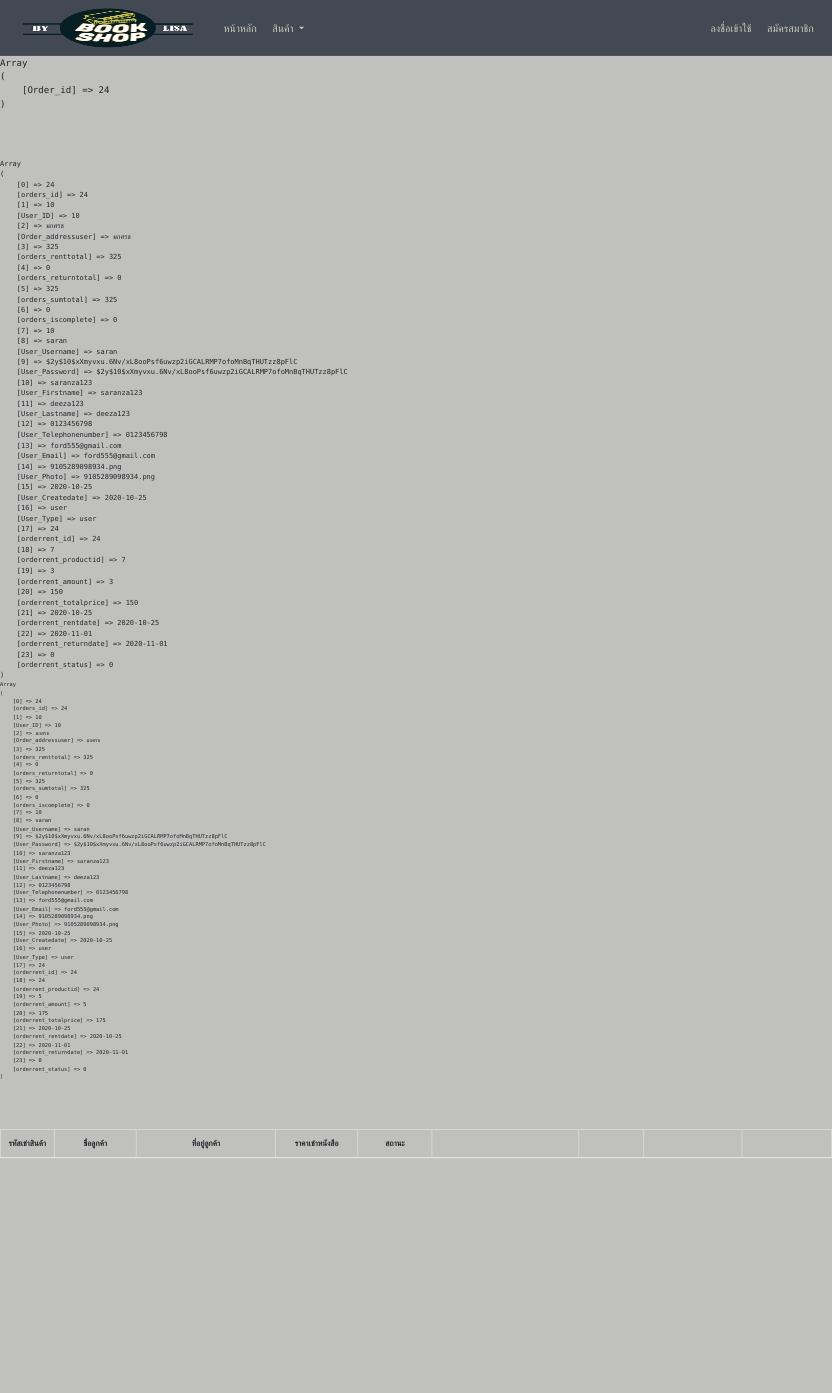
Repository: peawza/shopbook
Page: http://localhost/returnproduct.php?Order_id=24
The author's editor kept a copy of each file at every save. The page is drawn from the files as they stood at one save, then again after the next save.
The browser window is 1280 px wide. The pictures show the whole page, at 65% of full size.
The page is run by PHP 8.4 with error messages shown; the project is at /var/www/html/. Other server files are loaded and not shown. The database holds what the project's SQL file puts in it.

Above is the page before, as saved 2020-10-01 09:57:05.

### returnproduct.php
<!DOCTYPE html>
<html lang="en">

<head>
    <meta charset="UTF-8">
    <meta name="viewport" content="width=device-width, initial-scale=1.0">
    <title>Document</title>
    <?php
    require_once('php/condbbook.php');
    include('include\importcss.php');
    include('include\navber.php');
    echo '<pre>';
    //print_r($_SESSION);
    //$_SESSION['ses_php_var'] = $_GET['sendVal'];
    //$_SESSION['ses_php_var'] = $_POST['sendVal'];
    //$_SESSION['Typeid'] = $_POST['Typeid'];
    //print_r($_POST);
    print_r($_GET);
    echo '<pre>';

    ?>
</head>

<body>
    <table class="table table-bordered table-responsive-sm">
        <thead>
            <tr>
                <th width="5%" class="text-center">รหัสเช่าสินค้า</th>
                <th width="10%" class="text-center">ชื่อลูกค้า</th>
                <th width="17%" class="text-center">ที่อยู่ลูกค้า</th>
                <th width="10%" class="text-center">ราคาเช่าหนังสือ</th>
                <th width="9%" class="text-center">สถานะ</th>
                <th width="18%" class="text-center"></th>
                <th width="8%" class="text-center"></th>
                <th width="12%" class="text-center"></th>
                <th width="12%" class="text-center"></th>

            </tr>
        </thead>
        <tbody>
            <?php
            if (isset($_GET['Order_id'])) {
                $orderid = $_GET['Order_id'];
                $selectproduct = "SELECT * FROM `orders`,`user`,`orderrent` WHERE `user`.`User_ID`=`orders`.`User_ID`AND`orders`.`orders_id`= `orderrent`.`orderrent_id`AND `orderrent`.`orderrent_id`= '" . $orderid . "'";
                $resulproduct = mysqli_query($conn, $selectproduct);
                while ($rowproduct = mysqli_fetch_array($resulproduct)) {
                    echo '<pre>';
                    print_r($rowproduct);

                    echo '<pre>';
                }
            } else {


                echo 'null';
            }


            ?>
        </tbody>
        </thead>
    </table>










</body>
<?php
include('include\importjavascript.php');
?>

</html>

### php/condbbook.php
<?php
session_start();
$conn = new mysqli('localhost', 'root', '1234', 'shopbook');
$conn->set_charset("utf8");
//$conn->query('set name utf8');
//echo $conn->connect_error;
if ($conn->connect_errno) {
    die("conmection Failed" . $conn->connect_error);
} /*else {
    die("OK Database");
}*/

//$conndata = new mysqli('localhost', 'root', '1234', 'shop');

### include/importcss.php
<link rel="stylesheet" href="node_modules/bootstrap/dist/css/bootstrap.min.css"> <!-- link เลือก css-->
<link rel="stylesheet" href="node_modules/font-awesome5/css/fontawesome-all.css">
<link rel="stylesheet" href="include/CSS/styles.css?v=<?php echo filemtime('include/CSS/styles.css'); ?>"
    type=" text/css">

<script src="https://www.google.com/recaptcha/api.js"></script>

<script src="https://ajax.googleapis.com/ajax/libs/jquery/2.2.0/jquery.min.js"></script>

<script src="https://maxcdn.bootstrapcdn.com/bootstrap/3.3.6/js/bootstrap.min.js"></script>

### include/importjavascript.php
<script src="node_modules/jquery/dist/jquery.min.js"></script> <!-- sc เลือก src -->
<script src="node_modules/popper.js/dist/umd/popper.min.js"></script>
<script src="node_modules/bootstrap/dist/js/bootstrap.min.js"></script>
<script src="node_modules/jquery-validation/dist/jquery.validate.min.js"></script>
<script src="include/JS/script.js?v=<?php echo filemtime('include/JS/script.js') ?>"></script>

### include/CSS/styles.css
body {
  background-color: #c0c0be;
}
.navberbody {
  background-color: #00ffff;
}
.imglist {
  height: 500px;
  width: 100%;
  max-width: 100%;
}
.cardproductindex {
  height: 250px;
  width: 250px;
}
.cardproduct {
  height: 550px;
}
.mrrcardproduct {
  margin-bottom: auto;
}

.img-profile {
  height: 200px;
  width: 200px;
  margin: auto;
  display: block;
  margin-top: -100px;
}

.textprofile {
  text-align: left;
}
.iconphoto {
  width: 30px;
  height: 30px;
}
.logo {
  width: 300px;
  height: 60px;
}

.photocard {
  width: 300px;
  height: 400px;
}

.img-product {
  width: 780px;
  height: 380px;
}

.imgproductupdate {
  width: 800px;
  height: 700px;
}

/*  ซูมเข้าออก*/
.content-item {
  position: relative;
}

.content-item .photozoom a {
  overflow: hidden;
  display: block;
}

.content-item .photozoom img {
  transition: 500ms;
}

.content-item:hover .photozoom img {
  transform: scale(1.2);
}

.photoproductzoom {
  width: 447px;
  height: 270px;
}
.textproduct {
  font-size: 100%;
}
.cardphotoproduct {
  -webkit-box-shadow: 17px 20px 20px -12px rgba(0, 0, 0, 0.24);
  -moz-box-shadow: 17px 20px 20px -12px rgba(0, 0, 0, 0.24);
  box-shadow: 17px 20px 20px -12px rgba(0, 0, 0, 0.24);
}
.btn-navber {
  border-color: rgb(255, 255, 255);
}

.fa-bars {
  color: #000;
}
.navbar {
  background-color: #424952;
}
.navbar .navbar-brand {
  color: #cccebd;
}
.navbar .navbar-brand:hover,
.navbar .navbar-brand:focus {
  color: #535e6e;
}
.navbar .navbar-text {
  color: #cccebd;
}
.navbar .navbar-text a {
  color: #535e6e;
}
.navbar .navbar-text a:hover,
.navbar .navbar-text a:focus {
  color: #535e6e;
}
.navbar .navbar-nav .nav-link {
  color: #cccebd;
  border-radius: 0.25rem;
  margin: 0 0.25em;
}
.navbar .navbar-nav .nav-link:not(.disabled):hover,
.navbar .navbar-nav .nav-link:not(.disabled):focus {
  color: #535e6e;
}
.navbar .navbar-nav .dropdown-menu {
  background-color: #424952;
  border-color: #d8d292;
}
.navbar .navbar-nav .dropdown-menu .dropdown-item {
  color: #cccebd;
}
.navbar .navbar-nav .dropdown-menu .dropdown-item:hover,
.navbar .navbar-nav .dropdown-menu .dropdown-item:focus,
.navbar .navbar-nav .dropdown-menu .dropdown-item.active {
  color: #535e6e;
  background-color: #d8d292;
}
.navbar .navbar-nav .dropdown-menu .dropdown-divider {
  border-top-color: #d8d292;
}
.navbar .navbar-nav .nav-item.active .nav-link,
.navbar .navbar-nav .nav-item.active .nav-link:hover,
.navbar .navbar-nav .nav-item.active .nav-link:focus,
.navbar .navbar-nav .nav-item.show .nav-link,
.navbar .navbar-nav .nav-item.show .nav-link:hover,
.navbar .navbar-nav .nav-item.show .nav-link:focus {
  color: #535e6e;
  background-color: #d8d292;
}
.navbar .navbar-toggle {
  border-color: #d8d292;
}
.navbar .navbar-toggle:hover,
.navbar .navbar-toggle:focus {
  background-color: #d8d292;
}
.navbar .navbar-toggle .navbar-toggler-icon {
  color: #cccebd;
}
.navbar .navbar-collapse,
.navbar .navbar-form {
  border-color: #cccebd;
}
.navbar .navbar-link {
  color: #cccebd;
}
.navbar .navbar-link:hover {
  color: #535e6e;
}

@media (max-width: 575px) {
  .navbar-expand-sm .navbar-nav .show .dropdown-menu .dropdown-item {
    color: #cccebd;
  }
  .navbar-expand-sm .navbar-nav .show .dropdown-menu .dropdown-item:hover,
  .navbar-expand-sm .navbar-nav .show .dropdown-menu .dropdown-item:focus {
    color: #535e6e;
  }
  .navbar-expand-sm .navbar-nav .show .dropdown-menu .dropdown-item.active {
    color: #535e6e;
    background-color: #d8d292;
  }
}

@media (max-width: 767px) {
  .navbar-expand-md .navbar-nav .show .dropdown-menu .dropdown-item {
    color: #cccebd;
  }
  .navbar-expand-md .navbar-nav .show .dropdown-menu .dropdown-item:hover,
  .navbar-expand-md .navbar-nav .show .dropdown-menu .dropdown-item:focus {
    color: #535e6e;
  }
  .navbar-expand-md .navbar-nav .show .dropdown-menu .dropdown-item.active {
    color: #535e6e;
    background-color: #d8d292;
  }
}

@media (max-width: 991px) {
  .navbar-expand-lg .navbar-nav .show .dropdown-menu .dropdown-item {
    color: #cccebd;
  }
  .navbar-expand-lg .navbar-nav .show .dropdown-menu .dropdown-item:hover,
  .navbar-expand-lg .navbar-nav .show .dropdown-menu .dropdown-item:focus {
    color: #535e6e;
  }
  .navbar-expand-lg .navbar-nav .show .dropdown-menu .dropdown-item.active {
    color: #535e6e;
    background-color: #d8d292;
  }
}

@media (max-width: 1199px) {
  .navbar-expand-xl .navbar-nav .show .dropdown-menu .dropdown-item {
    color: #cccebd;
  }
  .navbar-expand-xl .navbar-nav .show .dropdown-menu .dropdown-item:hover,
  .navbar-expand-xl .navbar-nav .show .dropdown-menu .dropdown-item:focus {
    color: #535e6e;
  }
  .navbar-expand-xl .navbar-nav .show .dropdown-menu .dropdown-item.active {
    color: #535e6e;
    background-color: #d8d292;
  }
}

.navbar-expand .navbar-nav .show .dropdown-menu .dropdown-item {
  color: #cccebd;
}
.navbar-expand .navbar-nav .show .dropdown-menu .dropdown-item:hover,
.navbar-expand .navbar-nav .show .dropdown-menu .dropdown-item:focus {
  color: #535e6e;
}
.navbar-expand .navbar-nav .show .dropdown-menu .dropdown-item.active {
  color: #535e6e;
  background-color: #d8d292;
}
.card {
  font-size: 0.9rem;
  line-height: 1.1;
}

.blog .carousel-indicators {
  left: 0;
  top: auto;
  bottom: -40px;
}

/* The colour of the indicators */

### DB/shopbook.sql (the tables this page reads)
CREATE TABLE `orderrent` (
  `orderrent_id` int(11) NOT NULL,
  `orderrent_productid` int(11) NOT NULL,
  `orderrent_amount` int(11) NOT NULL,
  `orderrent_totalprice` int(11) NOT NULL,
  `orderrent_rentdate` date NOT NULL,
  `orderrent_returndate` date NOT NULL,
  `orderrent_status` int(11) NOT NULL
) ENGINE=InnoDB DEFAULT CHARSET=utf8mb4 COLLATE=utf8mb4_bin;

INSERT INTO `orderrent` (`orderrent_id`, `orderrent_productid`, `orderrent_amount`, `orderrent_totalprice`, `orderrent_rentdate`, `orderrent_returndate`, `orderrent_status`) VALUES
(21, 12, 1, 50, '2020-10-23', '2020-10-30', 1),
(21, 13, 1, 50, '2020-10-23', '2020-10-30', 1),
(21, 15, 1, 45, '2020-10-23', '2020-10-30', 1),
(21, 20, 1, 100, '2020-10-23', '2020-10-30', 1),
(22, 4, 3, 300, '2020-10-23', '2020-10-30', 1),
(23, 13, 1, 50, '2020-10-23', '2020-10-30', 1),
(24, 7, 3, 150, '2020-10-25', '2020-11-01', 0),
(24, 24, 5, 175, '2020-10-25', '2020-11-01', 0),
(25, 8, 10, 500, '2020-10-25', '2020-11-01', 1),
(26, 8, 10, 500, '2020-10-25', '2020-11-01', 1),
(27, 15, 40, 1800, '2020-10-25', '2020-11-01', 1),
(28, 4, 10, 1000, '2020-10-25', '2020-11-01', 1),
(29, 12, 1, 50, '2020-10-25', '2020-11-01', 1),
(29, 23, 10, 300, '2020-10-25', '2020-11-01', 1),
(30, 7, 1, 50, '2020-10-25', '2020-11-01', 1),
(30, 24, 1, 35, '2020-10-25', '2020-11-01', 1),
(31, 12, 1, 50, '2020-10-25', '2020-11-01', 1),
(31, 24, 1, 35, '2020-10-25', '2020-11-01', 1),
(31, 42, 1, 70, '2020-10-25', '2020-11-01', 1),
(32, 23, 1, 30, '2020-10-25', '2020-11-01', 1),
(33, 36, 10, 1000, '2020-10-25', '2020-11-01', 1),
(34, 51, 1, 200, '2020-10-25', '2020-11-04', 1),
(35, 51, 60, 12000, '2020-10-25', '2020-11-04', 1),
(36, 47, 70, 2100, '2020-10-25', '2020-11-01', 0),
(37, 25, 50, 2000, '2020-10-25', '2020-11-01', 0),
(38, 3, 1, 100, '2020-10-27', '2020-11-03', 1),
(39, 16, 1, 75, '2020-10-27', '2020-11-03', 1),
(40, 52, 10, 1000, '2020-10-27', '2020-11-03', 0),
(41, 51, 1, 200, '2020-10-27', '2020-11-06', 0);

ALTER TABLE `orderrent`
  ADD PRIMARY KEY (`orderrent_id`,`orderrent_productid`) USING BTREE,
  ADD KEY `orderrent_productid` (`orderrent_productid`);

ALTER TABLE `orderrent`
  ADD CONSTRAINT `orderrent_ibfk_2` FOREIGN KEY (`orderrent_productid`) REFERENCES `product` (`Product_ID`),
  ADD CONSTRAINT `orderrent_ibfk_3` FOREIGN KEY (`orderrent_id`) REFERENCES `orders` (`orders_id`) ON DELETE CASCADE;

CREATE TABLE `orders` (
  `orders_id` int(11) NOT NULL,
  `User_ID` int(11) NOT NULL,
  `Order_addressuser` text COLLATE utf8mb4_bin NOT NULL,
  `orders_renttotal` float NOT NULL DEFAULT 0,
  `orders_returntotal` float NOT NULL DEFAULT 0,
  `orders_sumtotal` float NOT NULL,
  `orders_iscomplete` int(11) NOT NULL
) ENGINE=InnoDB DEFAULT CHARSET=utf8mb4 COLLATE=utf8mb4_bin;

INSERT INTO `orders` (`orders_id`, `User_ID`, `Order_addressuser`, `orders_renttotal`, `orders_returntotal`, `orders_sumtotal`, `orders_iscomplete`) VALUES
(21, 9, 'ชลบุรี', 245, 0, 245, 2),
(22, 9, '', 300, 0, 300, 2),
(23, 9, '123', 50, 0, 50, 2),
(24, 10, 'มกศรช', 325, 0, 325, 0),
(25, 9, 'sdafffsdfdsafdsagdasgaasdfdsag', 500, 0, 500, 2),
(26, 9, 'หฟกหฟกหฟกหฟกกหฟ', 500, 0, 500, 2),
(27, 9, 'adsdsa', 1800, 1500, 3300, 2),
(28, 9, 'asdasdsa', 1000, 1000, 2000, 2),
(29, 11, 'มกศรช', 350, 0, 350, 2),
(30, 11, 'มกศรช ผฟกหกห', 85, 170, 255, 2),
(31, 11, 'ชลบุรี', 155, 0, 155, 2),
(32, 11, '123132', 30, 0, 30, 2),
(33, 11, '123', 1000, 0, 1000, 2),
(34, 11, '123123\r\n', 200, 0, 200, 2),
(35, 11, '1111\r\n\r\n', 12000, 0, 12000, 2),
(36, 11, 'ชลบุรี', 2100, 0, 2100, 0),
(37, 11, 'ชลบุรี', 2000, 0, 2000, 0),
(38, 9, 'ชลบุรี', 100, 0, 100, 2),
(39, 9, 'มก', 75, 150, 225, 2),
(40, 9, 'มก', 1000, 0, 1000, 0),
(41, 12, 'asd', 200, 0, 200, 0);

ALTER TABLE `orders`
  ADD PRIMARY KEY (`orders_id`),
  ADD KEY `User_ID` (`User_ID`);

ALTER TABLE `orders`
  ADD CONSTRAINT `orders_ibfk_1` FOREIGN KEY (`User_ID`) REFERENCES `user` (`User_ID`);

CREATE TABLE `product` (
  `Product_ID` int(11) NOT NULL,
  `Type_ID` int(11) NOT NULL,
  `Product_Name` text COLLATE utf8mb4_bin NOT NULL,
  `Product_Details` text COLLATE utf8mb4_bin NOT NULL,
  `Product_Price` float NOT NULL,
  `product_buy` int(11) DEFAULT NULL,
  `Product_Balance` int(11) NOT NULL,
  `Product_rentday` int(11) NOT NULL,
  `Product_Photo` text COLLATE utf8mb4_bin NOT NULL,
  `Product_datesave` date NOT NULL
) ENGINE=InnoDB DEFAULT CHARSET=utf8mb4 COLLATE=utf8mb4_bin;

INSERT INTO `product` (`Product_ID`, `Type_ID`, `Product_Name`, `Product_Details`, `Product_Price`, `product_buy`, `Product_Balance`, `Product_rentday`, `Product_Photo`, `Product_datesave`) VALUES
(3, 11, 'บุเพสันนิวาส', 'เกศสุรางค์ หญิงสาวร่างอ้วนจำต้องทะลุมิติไปในรัชกาลสมเด็จพระนารายณ์มหาราช ในร่างของแม่หญิงการะเกดผู้แสนร้ายกาจ และได้พบกับผู้คนมากมายทั้ง หมื่นสุนทรเทวา ผู้เป็นคู่หมั้นคู่หมายของการะเกด ออกญาโหราธิบดี ราชครูของพระนารายณ์ แม่มะลิ บุตรสาวของแขกฟานิกลูกครึ่งญี่ปุ่น โปรตุเกส และผู้คนอีกมากมาย', 100, 200, 10, 7, '9102909146241.jpg', '2020-10-23'),
(4, 11, 'ปริศนามหาเวทย์', 'ปริศนามหาเวทย์', 100, 200, 5, 7, '9102908113900.gif', '2020-10-20'),
(5, 11, 'Sea Witch', 'Sea Witch', 100, 200, 10, 7, '9102908766196.jpg', '2020-10-20'),
(7, 10, 'Onepiece', 'เป็นเรื่องราวในยุคทองของโจรสลัด โจรสลัดทุกคนมีเป้าหมายเดียวกันคือเพื่อค้นหา สมบัติที่เรียกว่า \"วันพีช\" ซึ่งผู้ใดสามารถค้นหาและครอบครองวันพีชอยู่ ผู้นั้นก็คือเจ้าแห่งโจรสลัด(ราชาโจรสลัด) โดยผู้ที่เคยครอบครองวันพีชนั้นมีอยู่คนเดียวตามที่เปิดเผยคือ เจ้าแห่งโจรสลัด โกลด์ ดี โรเจอร์ ซึ่งหลังจากที่ ได้ครอบครองวันพีซแล้ว โกลด์ ดี โรเจอร์ก็ได้มอบตัว และยอมรับโทษการประหารชีวิตที่เกาะโร๊คบ้านเกิดของตนนั่นเอง และก่อนตายโกลด์ ดี โรเจอร์ ได้ทิ้งคำพูดก่อนตายที่เปลี่ยนยุคสมัยของโจรสลัดว่า \"สมบัติของฉันหรอ อยากได้ก็เอาไปซิ ไปหาเอาเลย ฉันเอาทุกอย่างบนโลกไปไว้ที่นั่นหมดแล้ว\" แล้วเหล่า โจรสลัดทั้งหลายจึงมุ่งหน้าสู้แกรนด์ไลน์เพื่อตามหาวันพีซ', 50, 100, 6, 7, '9102907166680.jpg', '2020-10-23'),
(8, 10, 'Naruto', 'นารูโตะเป็นกำพร้าและไม่มีพี่น้อง เติบโตขึ้นโดยไม่รู้ว่าตนเองมีจิ้งจอกเก้าหางอยู่ภาย ในร่างกาย หลังจากสำเร็จการศึกษาเป็นนินจาชั้น เกะนิน (นินจาระดับล่าง) และปฏิบัติหน้าที่ภายใต้การควบคุมของ ฮาตาเกะ คาคาชิ ซึ่งเป็น โจนิน (นินจาระดับสูง) ฉายา ก๊อบปี้นินจา โดยมีสมาชิกร่วมทีมอีกสองคน คือ อุจิวะ ซาสึเกะ และ ฮารุโนะ ซากุระ', 50, 100, 10, 7, '9102907412301.jpg', '2020-10-23'),
(12, 10, 'Fairytail', 'นัตสึ ดรากูนีล\"ดราก้อนสเลเยอร์ไฟ ได้ออกเดินทางเพื่อตามหาอิกนิลหรือมังกรที่เปรียบเสมือนพ่อของนัตสึ ไปกับแมวบินได้และพูดได้ ชื่อ แฮปปี้ โดยระหว่างทางได้พบกับ\"ลูซี่ ฮาร์ทฟิเลีย\"สาวน้อยผู้อัญเชิญเทพแห่งดวงดาวและได้ตกลงเป็นเพื่อนกันเพราะลูซี่นั้นอยากเข้ากิลด์แฟรี่เทล', 50, 100, 10, 7, '9102906035329.png', '2020-10-23'),
(13, 13, 'Time', 'นิตยสาร TIME', 50, 150, 4, 7, '9104350156863.jpg', '2020-10-23'),
(14, 12, '51 คำถาามเพิ่มความรู้เรื่องอาชีพ', 'รวมประเด็นน่าสนใจเกี่ยวกับอาชีพ', 100, 150, 10, 7, '9104350802507.jpg', '2020-10-23'),
(15, 10, 'Doraemon', 'หุ่นยนเเมวที่ส่งมาช่วย โนบิตะ เพื่อให้อนาคตของเขาเปลื่ยนไป', 45, 75, 29, 7, '9104351707679.png', '2020-10-23'),
(16, 10, '3ก๊ก', 'ตำนานของวีรบุรุษที่จะรวมเเผ่นดินทั้ง3เป็น1', 75, 150, 19, 7, '9104352222267.jpg', '2020-10-23'),
(17, 12, '30 สิ่งมหัศจรรย์ของโลกที่น่ารู้', 'สิ่งมหัศจรรย์ของโลก', 50, 100, 5, 7, '9104352622959.jpg', '2020-10-23'),
(18, 12, 'เกร็ดความรู้เเละภาษาอาเซียน', 'ความรู้เเละภาษาอาเซียน', 80, 150, 9, 7, '9104353026534.jpg', '2020-10-23'),
(19, 13, 'BAZAAR', 'BAZAAR', 50, 190, 10, 7, '9104353499954.jpg', '2020-10-23'),
(20, 12, 'วิทยาศาสตร์ฉลาดรู้เรื่องสมอง', 'วิทยาศาสตรที่เกี่ยวความรู้เรื่องสมอง', 100, 170, 20, 7, '9104353867647.gif', '2020-10-23'),
(21, 11, 'The butterfly tree', 'The butterfly tree', 170, 300, 5, 7, '9104354170879.jpg', '2020-10-23'),
(22, 13, 'CAMPUS', 'CAMPUS', 60, 165, 10, 7, '9104354376857.jpg', '2020-10-23'),
(23, 10, 'ชินจังจอมเเก่น', 'เรื่องราวชินจังที่ต้องทำให้คุณต้องหัวเราะ', 30, 85, 50, 7, '9104354830108.gif', '2020-10-23'),
(24, 10, 'โคนัน', 'นักสืบหนุ่มที่ถูกชายชุดดำจับตัวให้ไปกินยา พอตื่นขึ้นมากลับกายเป็นเด็กอีกครั้ง', 35, 70, 44, 7, '9104355382500.jpg', '2020-10-23'),
(25, 10, 'Dragonball', 'ซุนโกคู ในวัยเด็ก ก็ได้รู้เกี่ยวกับ ดราก้อนบอล จาก บลูม่า ซึ่งกำลังตามหาอยู่ แถมโกคูเองก็มี ดราก้อนบอล4ดาว ซึ่งเป็นของต่างหน้าคุณปู่ ซุนโกฮัง อีกด้วย ก็เลยตัดสินใจไปตามหาดราก้อนบอลด้วยกัน ต่อมาก็ได้ อูลอน มาเป็นพวกช่วยหาด้วย แต่ในระหว่างนั้น ก็มี ยามุชา และ ปูอัล กับ ปิลาฟและพรรคพวก คอยตามหาดราก้อนบอลด้วย', 40, 75, 0, 7, '9104355839451.jpg', '2020-10-23'),
(26, 11, 'ECHOES FROM THE PAST', 'Echoes from the past', 190, 300, 10, 7, '9104356230225.jpg', '2020-10-23'),
(27, 13, 'ELLE', 'ELLE', 30, 90, 10, 6, '9104356389396.webp', '2020-10-23'),
(28, 13, 'FIGARO JAPAN', 'FIGARO JAPAN', 60, 150, 3, 4, '9104356627109.jpg', '2020-10-23'),
(29, 12, 'คว้าเกรด A ง่ายกว่าที่คิด', 'คว้าเกรด A ง่ายกว่าที่คิด', 55, 130, 7, 6, '9104356893659.png', '2020-10-23'),
(30, 11, 'Harry Potter', 'Harry Potter', 160, 300, 30, 7, '9104357146935.jpg', '2020-10-23'),
(31, 13, 'L OFFICIEL', 'L OFFICIEL', 30, 70, 10, 7, '9104357596692.jpg', '2020-10-23'),
(32, 12, 'สนุกกับการค้นหาความรู้ข้างในแผนที่โลก', 'สนุกกับการค้นหาความรู้ข้างในแผนที่โลก', 60, 150, 10, 7, '9104357883099.jpg', '2020-10-23'),
(33, 10, 'My Hero Academia', 'ว่าด้วยเรื่องราวในอนาคต เมื่อพลังพิเศษได้ถูกทยอยค้นพบทั่วทุกมุมโลก จนกลายเป็นเรื่องปกติของคนเจนเนอเรชั่นใหม่ ที่ล้วนเป็นผู้มี “อัตลักษณ์” (พลังพิเศษเฉพาะตัว) สังคมยอดมนุษย์จึงได้เริ่มขึ้น ขณะเดียวกันความวุ่นวายจากผู้ใช้พลังพิเศษในทางที่ผิด ก็ยกระดับความรุนแรง ประเทศจึงได้ร่างกฏหมายต่อต้านความรุนแรง โดยให้เหล่าผู้กล้าคอยปราบปรามเหล่าวายร้าย ', 40, 75, 40, 7, '9104359185860.jpg', '2020-10-23'),
(34, 13, 'OK MAGAZINE', 'OK MAGAZINE', 30, 90, 10, 7, '9104359398955.jpg', '2020-10-23'),
(35, 10, 'Pinocchio', 'Pinocchio', 100, 200, 5, 7, '9104359601161.jpg', '2020-10-23'),
(36, 11, 'บ้านทรายทอง', 'บ้านทรายทอง', 100, 250, 10, 7, '9104359808705.jpg', '2020-10-23'),
(37, 12, 'เอาชีวิครอดบนเกาะร้าง', 'เอาชีวิครอดบนเกาะร้าง', 80, 135, 5, 7, '9104360075753.webp', '2020-10-23'),
(38, 13, 'VOGUE', 'VOGUE', 30, 75, 10, 7, '9104360487722.jpg', '2020-10-23'),
(39, 11, 'Twilight', 'Twilight', 240, 300, 20, 7, '9104361247095.jpg', '2020-10-23'),
(40, 11, 'The darkness of light', 'The darkness of light', 150, 250, 6, 7, '9104361459702.jpg', '2020-10-23'),
(41, 12, 'เพศศึกษาที่เราอยากรู้', 'เพศศึกษาที่เราอยากรู้', 60, 150, 10, 7, '9104361760502.jpg', '2020-10-23'),
(42, 10, 'Sailormoon', 'Sailormoon', 70, 125, 50, 7, '9104361988958.png', '2020-10-23'),
(43, 11, 'RISEN', 'RISEN', 150, 350, 10, 7, '9104362289392.jpg', '2020-10-23'),
(44, 11, 'REALM OF RUINS', 'REALM OF RUINS', 180, 300, 4, 7, '9104362809007.jpg', '2020-10-23'),
(45, 10, 'สโนว์ไวท์', 'สโนว์ไวท์', 100, 200, 7, 5, '9104367662917.jpg', '2020-10-23'),
(46, 10, 'อลิซ ท่องเเดนมหัศจรรย์', 'อลิซ ท่องเเดนมหัศจรรย์', 40, 150, 5, 7, '9104367935394.jpg', '2020-10-23'),
(47, 10, 'Bleach', 'Bleach', 30, 75, 0, 7, '9104368159565.jpg', '2020-10-23'),
(48, 10, 'Lion King', 'Lion King', 70, 150, 2, 3, '9104368352654.jpg', '2020-10-23'),
(49, 12, 'รัชการที่ 9', 'ประวัติศาสตร์ของในหลวงรัชกาลที่ 9', 50, 150, 10, 7, '9104368788022.jpg', '2020-10-23'),
(51, 13, 'qweqwe', 'ssadzxc', 200, 500, 69, 10, '9105550929723.png', '2020-10-26'),
(52, 15, 'เลข', 'หนังสือเลข', 100, 200, 40, 7, '9106337351482.jpg', '2020-10-27');

ALTER TABLE `product`
  ADD PRIMARY KEY (`Product_ID`),
  ADD KEY `Type_ID` (`Type_ID`);

ALTER TABLE `product`
  MODIFY `Product_ID` int(11) NOT NULL AUTO_INCREMENT, AUTO_INCREMENT=53;

ALTER TABLE `product`
  ADD CONSTRAINT `product_ibfk_1` FOREIGN KEY (`Type_ID`) REFERENCES `producttype` (`Type_ID`);

CREATE TABLE `producttype` (
  `Type_ID` int(11) NOT NULL,
  `Type_Name` text COLLATE utf8mb4_bin NOT NULL
) ENGINE=InnoDB DEFAULT CHARSET=utf8mb4 COLLATE=utf8mb4_bin;

INSERT INTO `producttype` (`Type_ID`, `Type_Name`) VALUES
(10, 'หนังสือการ์ตูน'),
(11, 'หนังสือนิยาย'),
(12, 'หนังสือให้ความรู้'),
(13, 'นิตยสาร'),
(14, 'หนังสืออ้างอิง'),
(15, 'หนังสือเรียน');

ALTER TABLE `producttype`
  ADD PRIMARY KEY (`Type_ID`);

ALTER TABLE `producttype`
  MODIFY `Type_ID` int(11) NOT NULL AUTO_INCREMENT, AUTO_INCREMENT=16;

CREATE TABLE `user` (
  `User_ID` int(11) NOT NULL,
  `User_Username` varchar(30) COLLATE utf8mb4_bin NOT NULL,
  `User_Password` varchar(255) COLLATE utf8mb4_bin NOT NULL,
  `User_Firstname` varchar(60) COLLATE utf8mb4_bin NOT NULL,
  `User_Lastname` varchar(60) COLLATE utf8mb4_bin NOT NULL,
  `User_Telephonenumber` varchar(20) COLLATE utf8mb4_bin NOT NULL,
  `User_Email` varchar(100) COLLATE utf8mb4_bin NOT NULL,
  `User_Photo` text COLLATE utf8mb4_bin NOT NULL,
  `User_Createdate` date NOT NULL,
  `User_Type` text COLLATE utf8mb4_bin NOT NULL
) ENGINE=InnoDB DEFAULT CHARSET=utf8mb4 COLLATE=utf8mb4_bin;

INSERT INTO `user` (`User_ID`, `User_Username`, `User_Password`, `User_Firstname`, `User_Lastname`, `User_Telephonenumber`, `User_Email`, `User_Photo`, `User_Createdate`, `User_Type`) VALUES
(4, 'admin', '$2y$10$SY4xbwIYnzlGXMpgdZHyf.LPEcYFIsZqluIzuCwKXBq3M3BeEG5Ay', 'saran', 'Deesubin', '0000000001', 'saran.de@ku.th', '9102901537951.png', '2020-09-26', 'admin'),
(9, 'ford', '$2y$10$PMdn09lEjbW1HXQUbcYTxuSygozJvQIxKzWmVceRwvZWU79uc0co2', 'sarann', 'dee', '0983575083', 'fordza1231230@gmail.com', 'profile.png', '2020-10-20', 'admin'),
(10, 'saran', '$2y$10$xXmyvxu.6Nv/xL8ooPsf6uwzp2iGCALRMP7ofoMnBqTHUTzz8pFlC', 'saranza123', 'deeza123', '0123456798', 'ford555@gmail.com', '9105289098934.png', '2020-10-25', 'user'),
(11, 'fordza', '$2y$10$VorVYHQiu9vKXUfmvjVqq.bxwNfPxcRe67GpKwcaU8LfqKm04ecPO', 'fordford', 'zazaza', '0147258369', 'zaza@gmail.com', '9105549518927.jpg', '2020-10-25', 'admin'),
(12, 'asdasd', '$2y$10$F8XcUHvSW4NBR.UZKQddSOY8g.F2t0/vdqPHFuTDspI6tqRk0ydZm', 'asdasd', 'asdasd', '0147258147', 'asd@gmail.com', 'profile.png', '2020-10-27', 'user'),
(13, 'user', '$2y$10$Pw1k2zepH2brdS54XpYJIOsdyI/SlskWDDMMcrrCiCg8F/51VUKwm', 'ศุภชัย', 'แจ้งอรุณ', '0970562607', 'agileza_555@hotmail.com', 'profile.png', '2020-10-29', 'admin'),
(14, 'user2', '$2y$10$Bdcw55H//GAhyWCmsa4CHeFME8wXIUPC1HxJAkJOYH/9U5/u14Ix.', 'ศุภชัย', 'แจ้งอรุณ', '0970562607', 'agileza_555@hotmail.com', 'profile.png', '2020-10-29', 'user');

ALTER TABLE `user`
  ADD PRIMARY KEY (`User_ID`);

ALTER TABLE `user`
  MODIFY `User_ID` int(11) NOT NULL AUTO_INCREMENT, AUTO_INCREMENT=15;

Loaded but not shown: include/JS/script.js (557 lines, source omitted); include/navber.php (209 lines, source omitted)

After the next save:
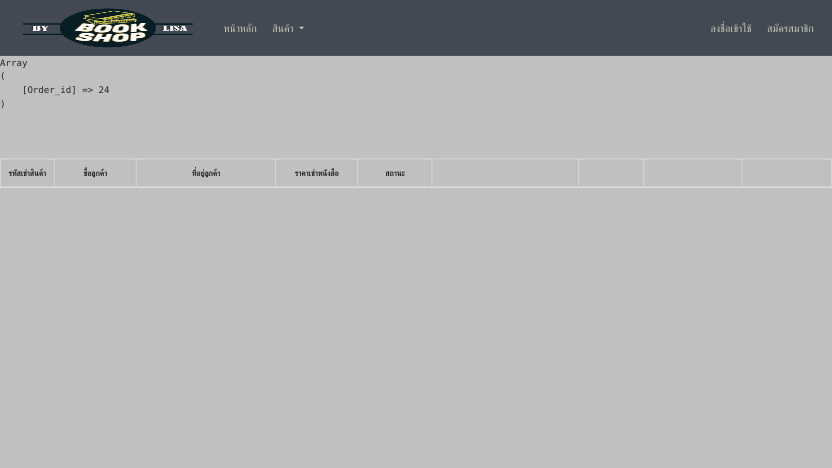
Saved 25 s later.
--- a/returnproduct.php
+++ b/returnproduct.php
@@ -44,10 +44,10 @@
                 $selectproduct = "SELECT * FROM `orders`,`user`,`orderrent` WHERE `user`.`User_ID`=`orders`.`User_ID`AND`orders`.`orders_id`= `orderrent`.`orderrent_id`AND `orderrent`.`orderrent_id`= '" . $orderid . "'";
                 $resulproduct = mysqli_query($conn, $selectproduct);
                 while ($rowproduct = mysqli_fetch_array($resulproduct)) {
-                    echo '<pre>';
-                    print_r($rowproduct);
+                    //echo '<pre>';
+                    //print_r($rowproduct);
 
-                    echo '<pre>';
+                    //echo '<pre>';
                 }
             } else {
 
